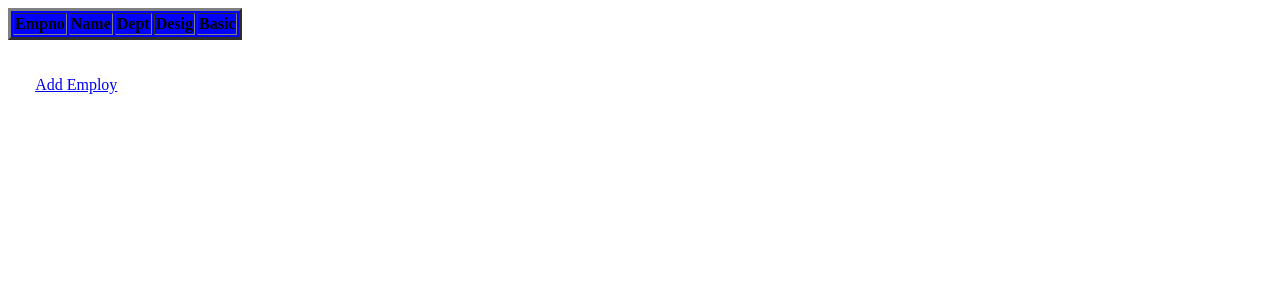
Repository: vinodkumarr269/mode1
Page: http://localhost/EmployCrude/EmployShow.jsp
These files come from the project's save history. The page is drawn as it stood at one moment and after the next save; the edit follows.
The browser window is 1280 px wide. The pictures show the whole page.
The page is served by Tomcat 9. Queries for data that is not in the repository find no rows.

Above is the page before, as saved 2019-08-21 09:59:37.

After the next save:
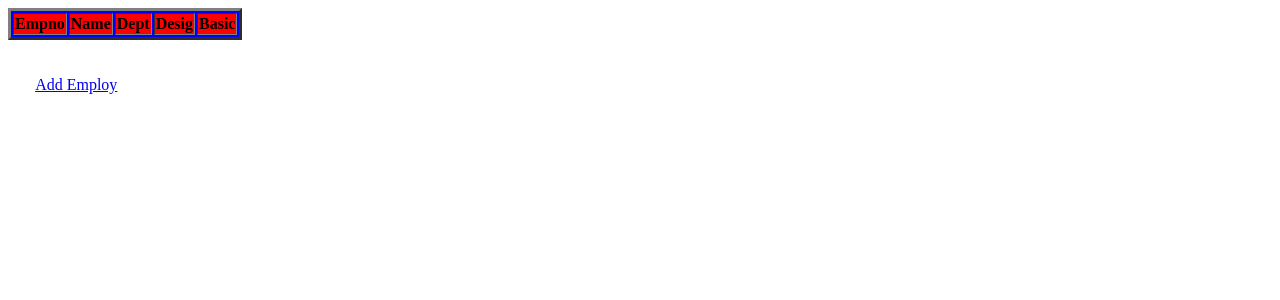
Saved 2 min 33 s later.
--- a/day13/EmployCrude/WebContent/EmployShow.jsp
+++ b/day13/EmployCrude/WebContent/EmployShow.jsp
@@ -12,7 +12,7 @@
 </head>
 <body>
 <table border="3" bgcolor="blue">
-	<tr>
+	<tr bgcolor="red">
 		<th>Empno</th>
 		<th>Name</th>
 		<th>Dept</th>
